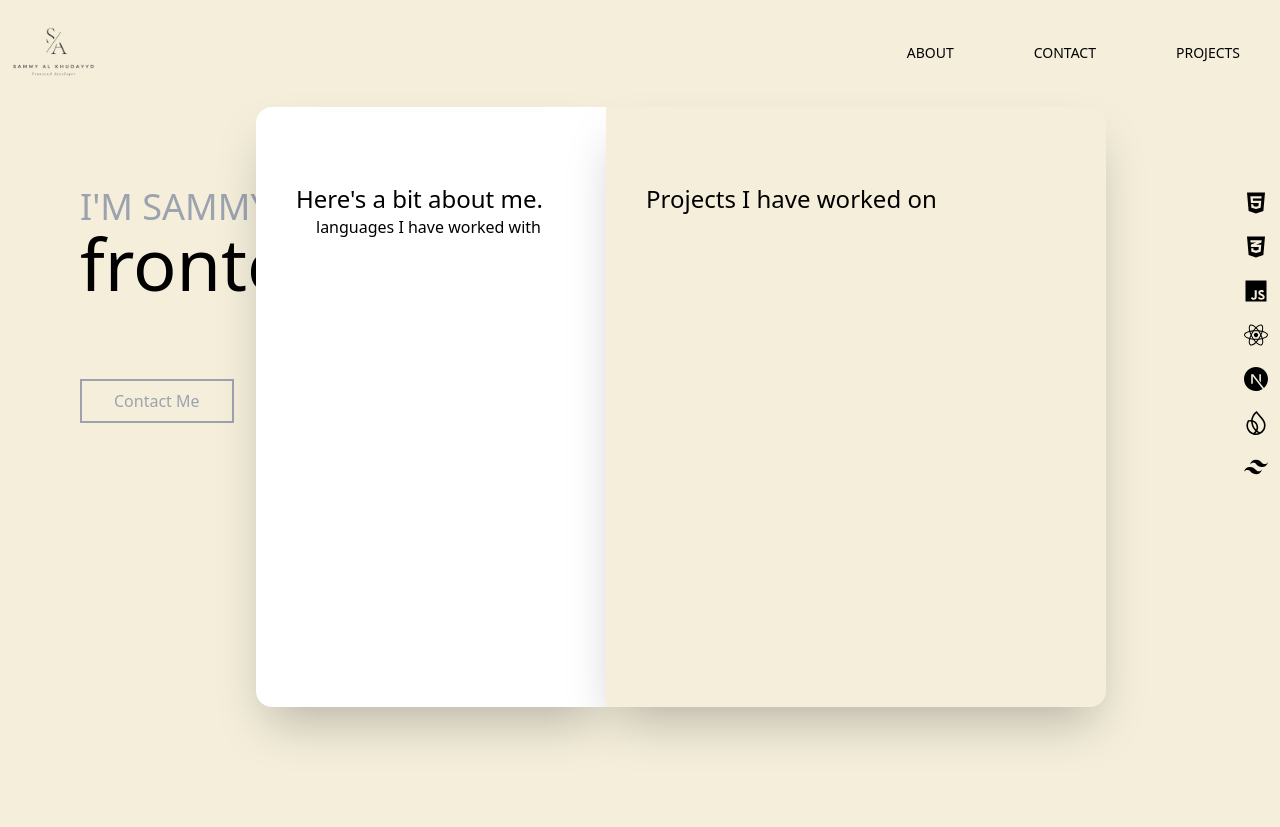
Repository: Al123Kudayyd/myportfolio
Page: /
The author's editor kept a copy of each file at every save. The page is drawn from the files as they stood at one save, then again after the next save.
The browser window is 1280 px wide. The pictures show the whole page.
The project was rebuilt for these pictures with package versions that can differ from the ones it lists, and the page was loaded fresh each time. Also part of the build but not shown: src/components/model.js.

Above is the page before, as saved 2024-02-21 13:56:06.

After the next save:
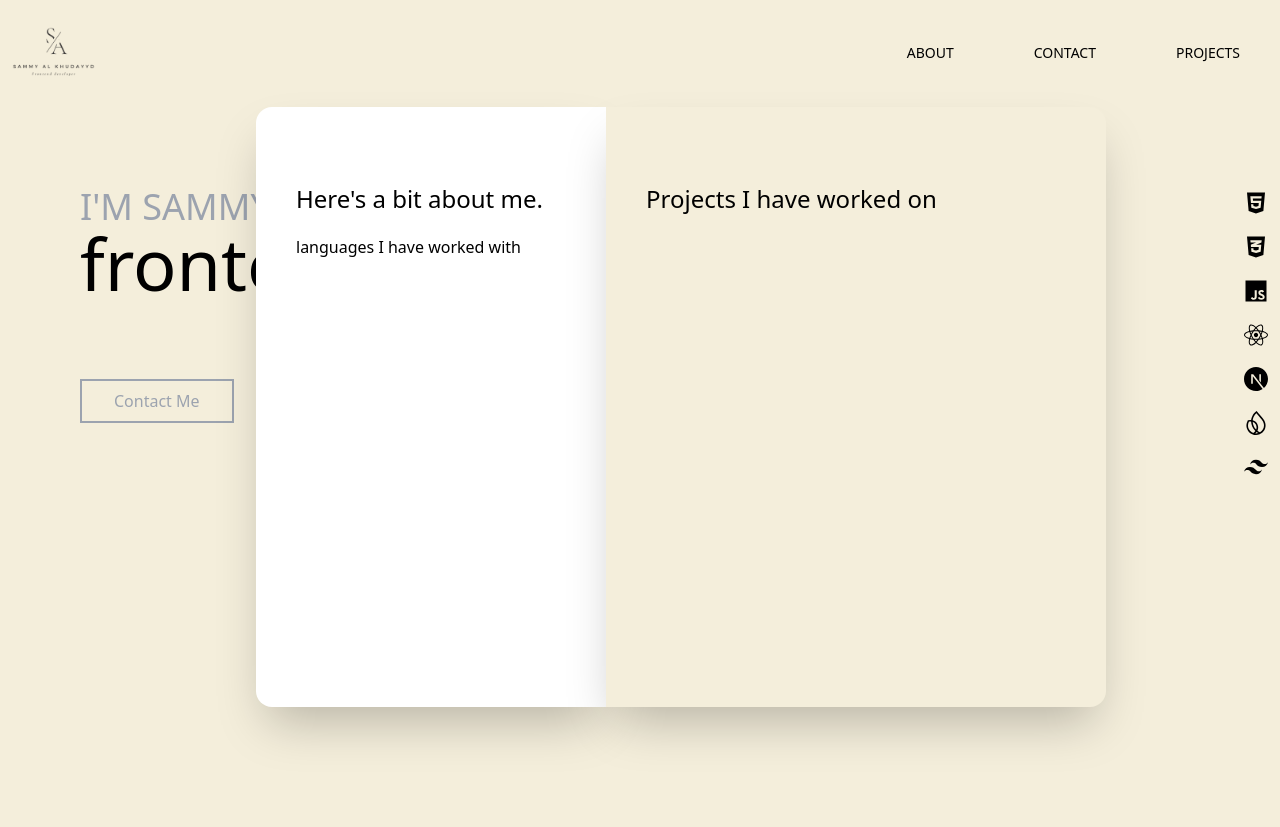
Saved 5 s later.
--- a/src/components/Projects.jsx
+++ b/src/components/Projects.jsx
@@ -7,7 +7,7 @@ function Projects() {
             <div className='shadow-2xl bg-white w-[350px] h-[600px] rounded-l-2xl'>
                 <div className='px-[40px] py-[76px]'>
                     <h1 className='text-2xl'>Here's a bit about me.</h1>
-                    <h3 className='text-md mx-5'>languages I have worked with</h3>
+                    <h3 className='text-md my-5'>languages I have worked with</h3>
                 </div>
 
             </div>
